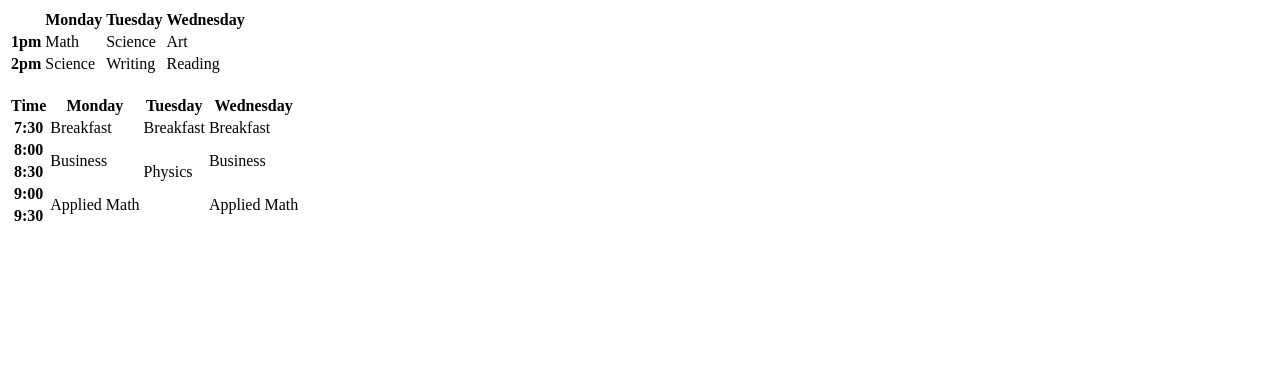
Repository: jefflai0412/website_design
Page: task1.html
These files come from the project's save history. The page is drawn as it stood at one moment and after the next save; the edit follows.
The browser window is 1280 px wide. The pictures show the whole page.

Above is the page before, as saved 2024-10-18 13:42:25.

### task1.html
<!DOCTYPE html>
<html lang="en">
<head>
    <meta charset="UTF-8">
    <meta name="viewport" content="width=device-width, initial-scale=1.0">
    <title>Document</title>
</head>
<body>
    <table>
        <tr>
            <th></th>
            <th>Monday</th>
            <th>Tuesday</th>
            <th>Wednesday</th>
        </tr>

        <tr>
            <th scope="row">1pm</th>
            <td>Math</td>
            <td>Science</td>
            <td>Art</td>
        </tr>

        <tr>
            <th scope="row">2pm</th>
            <td>Science</td>
            <td>Writing</td>
            <td>Reading</td>
        </tr>
    </table>

    <br>

    <table>
        <tr>
            <th>Time</th>
            <th>Monday</th>
            <th>Tuesday</th>
            <th>Wednesday</th>
        </tr>
        <tr>
            <th scope="row">7:30</th>
            <td>Breakfast</td>
            <td>Breakfast</td>
            <td>Breakfast</td>
        </tr>
        <tr>
            <th scope="row">8:00</th>
            <td rowspan="2">Business</td>
            <td rowspan="3">Physics</td>
            <td rowspan="2">Business</td>
        </tr>
        <tr>
            <th scope="row">8:30</th>
            <td></td>
        </tr>
        <tr>
            <th scope="row">9:00</th>
            <td rowspan="2">Applied Math</td>
            <td rowspan="2">Applied Math</td>
        </tr>

        <tr>
            <th scope="row">9:30</th>
            <td></td>
        </tr>
    </table>
</body>
</html>

After the next save:
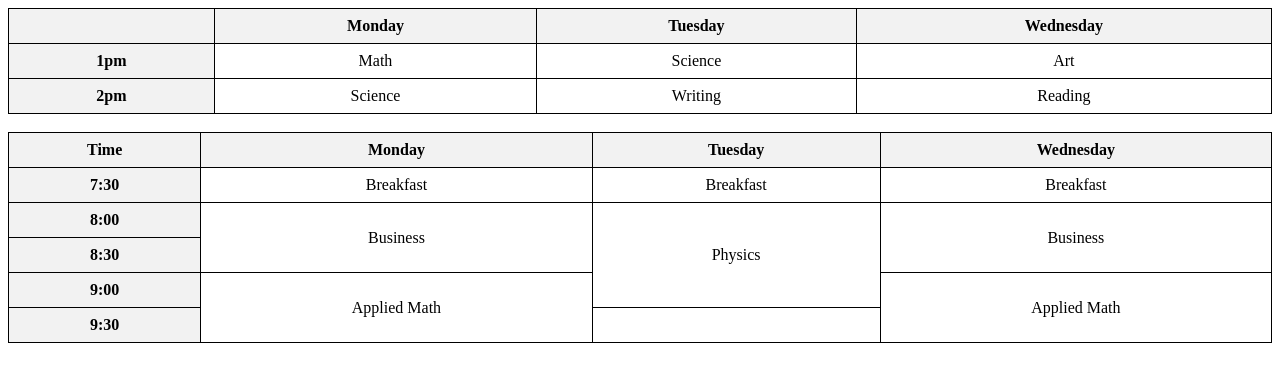
Saved 92 s later.
--- a/task1.html
+++ b/task1.html
@@ -4,6 +4,22 @@
     <meta charset="UTF-8">
     <meta name="viewport" content="width=device-width, initial-scale=1.0">
     <title>Document</title>
+    <style>
+        table {
+            width: 100%;
+            border-collapse: collapse;
+        }
+
+        th, td {
+            border: 1px solid black;
+            padding: 8px;
+            text-align: center;
+        }
+
+        th {
+            background-color: #f2f2f2;
+        }
+    </style>
 </head>
 <body>
     <table>
@@ -52,7 +68,6 @@
         </tr>
         <tr>
             <th scope="row">8:30</th>
-            <td></td>
         </tr>
         <tr>
             <th scope="row">9:00</th>
